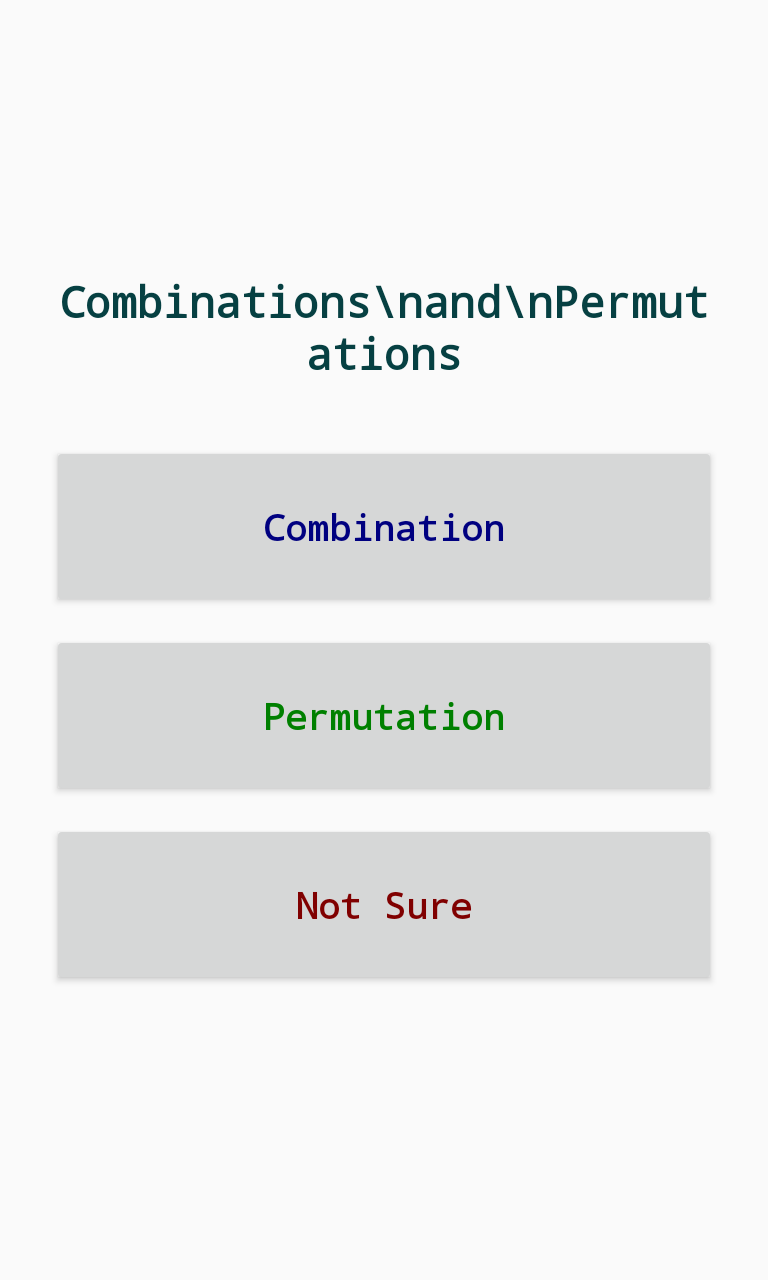
Repository: rontejada1991/Combinations-and-Permutations-Android-App
Layout: combinations/res/layout/activity_main.xml
An editor plug-in stored every save of this project. The layout is shown before and after the next save, followed by the edit.
It is drawn on a 768 x 1280 px phone screen (xhdpi) without system bars, with theme AppTheme; the app's code is not run.

Above is the layout before, as saved 2014-11-07 21:08:28.

After the next save:
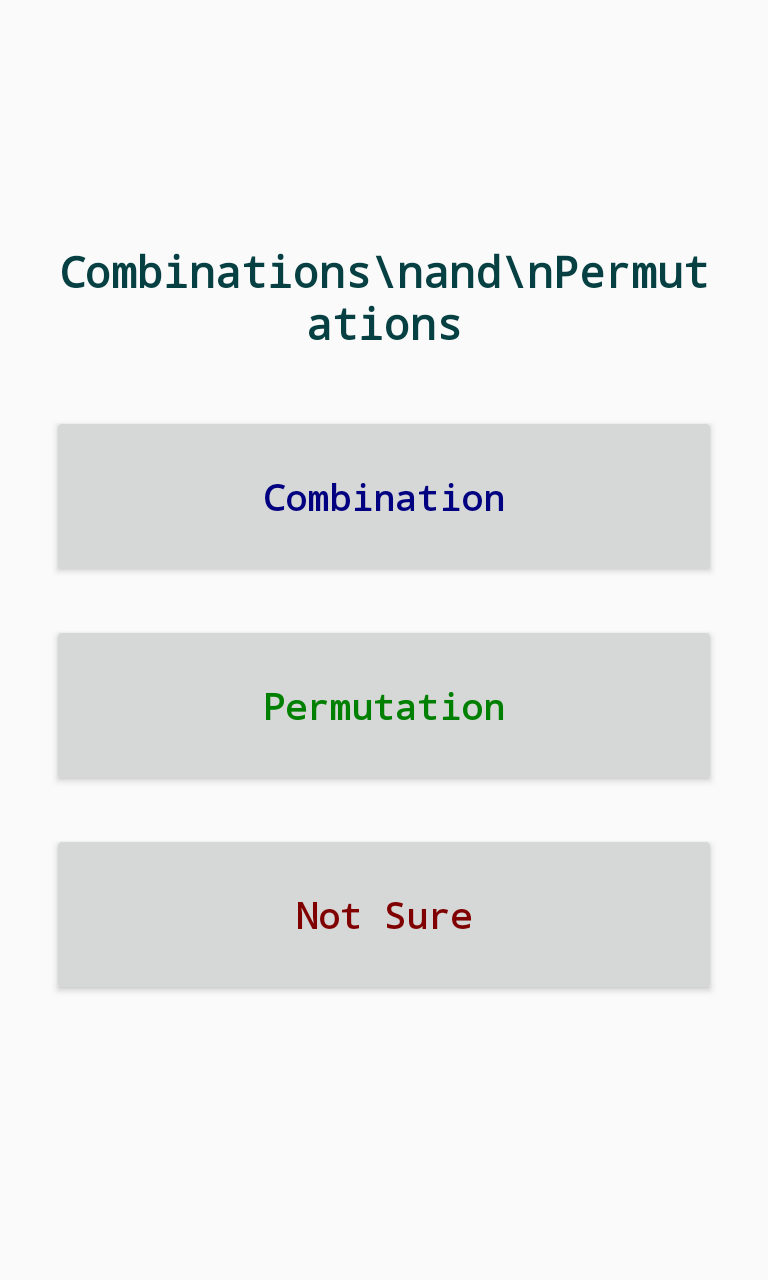
Saved 28 s later.
--- a/combinations/res/layout/activity_main.xml
+++ b/combinations/res/layout/activity_main.xml
@@ -21,7 +21,7 @@
         android:padding="30dp"
         android:textColor="#000080"
         android:layout_width="fill_parent"
-        android:layout_marginBottom="10dp"
+        android:layout_marginBottom="20dp"
         android:onClick="onBeginPressed" />
 
     <Button
@@ -31,7 +31,7 @@
         android:padding="30dp"
         android:textColor="#008000"
         android:layout_width="fill_parent"
-        android:layout_marginBottom="10dp"
+        android:layout_marginBottom="20dp"
         android:onClick="onBeginPressed" />
 
      <Button
@@ -41,7 +41,7 @@
         android:padding="30dp"
         android:textColor="#800000"
         android:layout_width="fill_parent"
-        android:layout_marginBottom="10dp"
+        android:layout_marginBottom="20dp"
         android:onClick="onBeginPressed" />
 
 
